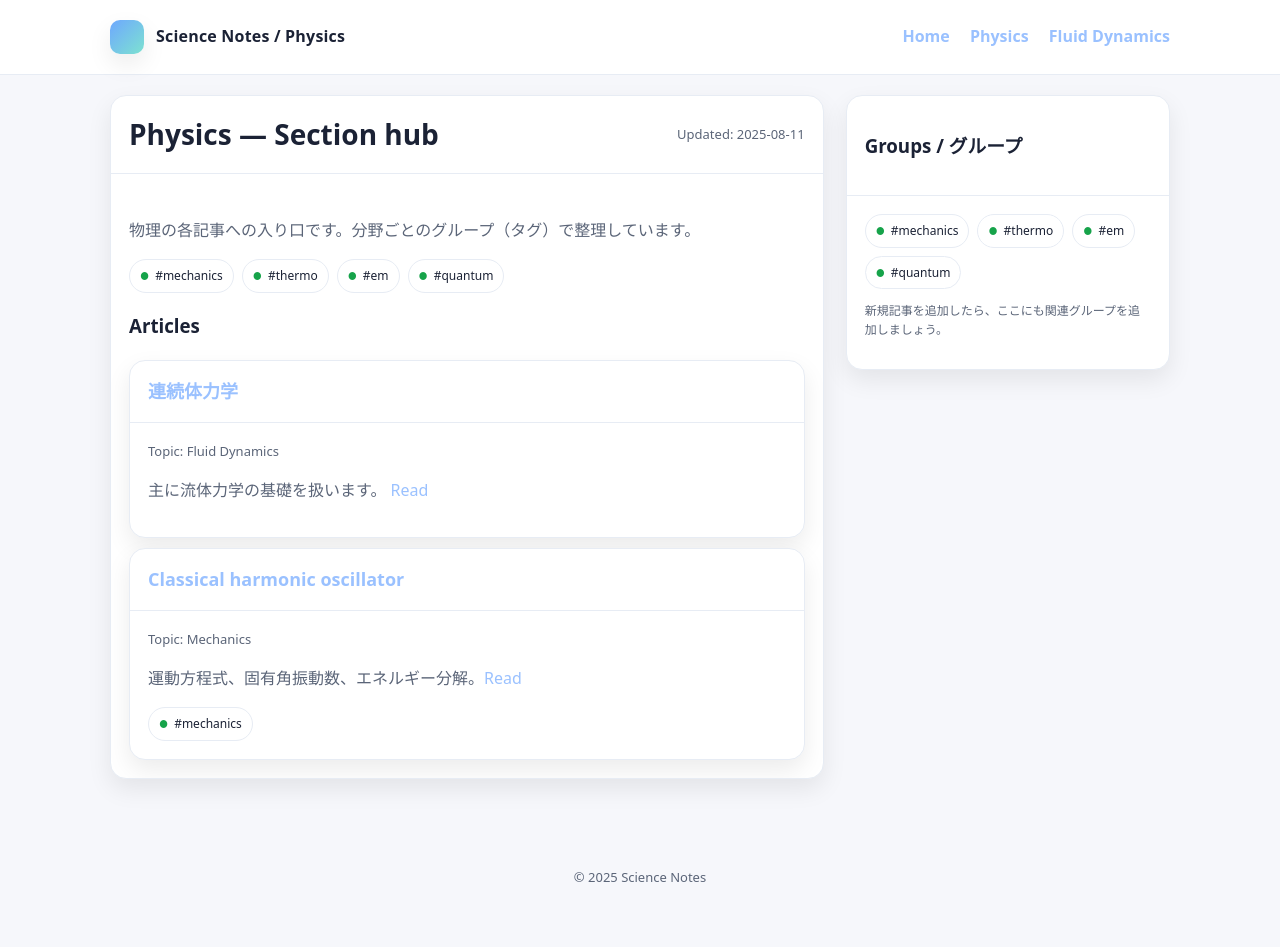
Repository: Riki-Mochimaru/tureduretunedune
Page: physics/index.html
The author's editor kept a copy of each file at every save. The page is drawn from the files as they stood at one save, then again after the next save.
The browser window is 1280 px wide. The pictures show the whole page.

Above is the page before, as saved 2025-08-11 20:20:00.

### physics/index.html
<!-- ===============================
     FILE 1: physics/index.html — Physics section hub
     Save this as: /physics/index.html
     (American English in code comments; British English in visible prose.)
================================== -->
<!DOCTYPE html>
<html lang="ja">
<head>
  <meta charset="utf-8" />
  <meta name="viewport" content="width=device-width, initial-scale=1" />
  <title>Physics — Science Notes</title>
  <link rel="stylesheet" href="../assets/styles.css"><!-- shared CSS -->
</head>
<body>
  <header class="site">
    <div class="shell row">
      <div class="brand"><div class="brand-badge"></div><div>Science Notes / Physics</div></div>
      <nav>
        <a href="../">Home</a>
        <a href="./">Physics</a>
        <a href="FluidDynamics/">Fluid Dynamics</a>
      </nav>
    </div>
  </header>

  <main class="shell">
    <section class="grid" aria-label="Physics articles and sidebar">
      <div>
        <article class="card post">
          <div class="hd">
            <h2>Physics — Section hub</h2>
            <div class="meta"><span>Updated: <time datetime="2025-08-11">2025‑08‑11</time></span></div>
          </div>
          <div class="bd">
            <p class="lead">物理の各記事への入り口です。分野ごとのグループ（タグ）で整理しています。</p>
            <div class="tags">
              <span class="tag" data-g="phys">#mechanics</span>
              <span class="tag" data-g="phys">#thermo</span>
              <span class="tag" data-g="phys">#em</span>
              <span class="tag" data-g="phys">#quantum</span>
            </div>

            <!-- Article list (add more <article> blocks or <li> items) -->
            <h3>Articles</h3>
            <div class="list">
              <article class="card">
                <div class="hd"><h2 style="font-size:18px; margin:0;">
                  <a href="FluidDynamics/">連続体力学</a>
                </h2></div>
                <div class="bd">
                  <div class="meta"><span>Topic: Fluid Dynamics</span></div>
                  <p class="lead">主に流体力学の基礎を扱います。
                    <a href="FluidDynamics/">Read</a></p>
                  <!-- <div class="tags"><span class="tag" data-g="phys">#thermo</span><span class="tag" data-g="stats">#statmech</span></div> -->
                </div>
              </article>

              <article class="card">
                <div class="hd"><h2 style="font-size:18px; margin:0;">
                  <a href="harmonic-oscillator/">Classical harmonic oscillator</a>
                </h2></div>
                <div class="bd">
                  <div class="meta"><span>Topic: Mechanics</span></div>
                  <p class="lead">運動方程式、固有角振動数、エネルギー分解。<a href="harmonic-oscillator/">Read</a></p>
                  <div class="tags"><span class="tag" data-g="phys">#mechanics</span></div>
                </div>
              </article>
            </div>
          </div>
        </article>
      </div>

      <aside class="aside">
        <section class="card">
          <div class="hd"><h3>Groups / グループ</h3></div>
          <div class="bd">
            <div class="tags">
              <span class="tag" data-g="phys">#mechanics</span>
              <span class="tag" data-g="phys">#thermo</span>
              <span class="tag" data-g="phys">#em</span>
              <span class="tag" data-g="phys">#quantum</span>
            </div>
            <p class="hint">新規記事を追加したら、ここにも関連グループを追加しましょう。</p>
          </div>
        </section>
      </aside>
    </section>
  </main>

  <footer class="site"><div class="shell">© 2025 Science Notes</div></footer>

  <!-- MathJax (enable TeX rendering if you use TeX on this page) -->
  <script>
    window.MathJax = { tex: { inlineMath: [['$','$'], ['\\(','\\)']], displayMath: [['$$','$$'], ['\\[','\\]']] }, options: { renderActions: { addMenu: [] } } };
  </script>
  <script src="https://cdn.jsdelivr.net/npm/mathjax@3/es5/tex-mml-chtml.js" async></script>
</body>
</html>

### assets/styles.css
/* styles.css — Science Notes
   House style: British English prose; American English in code comments.
*/

/* =========================
   Design tokens
   ========================= */
   :root {
    --bg: #0b0c10;
    --surface: #0f1117;
    --card: #121520;
    --text: #e8ecf8;
    --subtle: #9aa3b2;
    --border: #1e2636;
    --brand: #6ea8fe;
    --accent: #7de2d1;
    --warn: #ffd166;
    --danger: #ff6b6b;
    --radius: 16px;
    --shadow: 0 10px 24px rgba(0,0,0,.35), 0 1px 0 rgba(255,255,255,.04) inset;
    --font-sans: ui-sans-serif, system-ui, -apple-system, Segoe UI, Roboto, Noto Sans JP, "Helvetica Neue", Arial;
    --font-mono: ui-monospace, SFMono-Regular, Menlo, Monaco, Consolas, "Liberation Mono", monospace;
  }
  @media (prefers-color-scheme: light) {
    :root {
      --bg: #f6f7fb; --surface: #ffffff; --card: #ffffff; --text: #1b2235; --subtle: #5b6578; --border: #e7ecf4;
      --shadow: 0 10px 24px rgba(0,0,0,.08);
    }
  }

  /* Base */
  *, *::before, *::after { box-sizing: border-box; }
  html, body { height: 100%; }
  body { margin: 0; font-family: var(--font-sans); background: var(--bg); color: var(--text); line-height: 1.6; }
  /* Accessible link look */
  a { color: #9ac1ff; text-decoration: none; }
  a:hover { text-decoration: underline; }

  /* Header */
  header.site { position: sticky; top: 0; z-index: 10; background: color-mix(in oklab, var(--surface) 92%, transparent); border-bottom: 1px solid var(--border); backdrop-filter: blur(6px); }
  .shell { max-width: 1100px; margin: 0 auto; padding: 20px; }
  .row { display: grid; grid-template-columns: 1fr auto; align-items: center; gap: 16px; }
  .brand { display: flex; align-items: center; gap: 12px; font-weight: 800; letter-spacing: .2px; }
  .brand-badge { width: 34px; height: 34px; border-radius: 10px; background: linear-gradient(135deg, var(--brand), var(--accent)); box-shadow: var(--shadow); }
  nav a { margin-left: 16px; font-weight: 600; }

  /* Layout */
  main { padding-top: 10px; }
  .grid { display: grid; grid-template-columns: 2.2fr 1fr; gap: 22px; align-items: start; }
  @media (max-width: 980px) { .grid { grid-template-columns: 1fr; } }

  /* Cards */
  .card { background: var(--card); border: 1px solid var(--border); border-radius: var(--radius); box-shadow: var(--shadow); overflow: clip; }
  .card .hd { padding: 16px 18px; border-bottom: 1px solid var(--border); display:flex; align-items:center; justify-content: space-between; }
  .card .bd { padding: 18px; }

  /* Tag/Group chips */
  .tags { display:flex; flex-wrap: wrap; gap: 8px; }
  .tag { --c: #334155; color: var(--text); font-size: 12px; padding: 6px 10px; border: 1px solid var(--border); border-radius: 999px; background: color-mix(in oklab, var(--card) 88%, transparent); }
  .tag[data-g="math"]   { --c: #2563eb; }
  .tag[data-g="phys"]   { --c: #16a34a; }
  .tag[data-g="cs"]     { --c: #a855f7; }
  .tag[data-g="stats"]  { --c: #eab308; }
  .tag[data-g="ethics"] { --c: #ef4444; }
  .tag::before { content: "●"; font-size: 10px; margin-right: 6px; color: var(--c); }

  /* Article */
  article.post { display: grid; gap: 10px; }
  article.post h2 { margin: 0; font-size: clamp(20px, 2.6vw, 28px); }
  .meta { color: var(--subtle); font-size: 13px; display:flex; gap: 12px; flex-wrap: wrap; }
  .lead { color: var(--subtle); }

  /* Math blocks (TeX text before JS render) */
  .math { font-family: var(--font-mono); background: color-mix(in oklab, var(--card) 90%, transparent); border: 1px dashed var(--border); border-radius: 10px; padding: 10px 12px; overflow:auto; }
  .eqno { float: right; color: var(--subtle); margin-left: 8px; }

  /* Comment UI (static) */
  .comments { margin-top: 8px; border-top: 1px dashed var(--border); padding-top: 10px; }
  .comment { display: grid; grid-template-columns: 40px 1fr; gap: 10px; padding: 12px 0; }
  .comment + .comment { border-top: 1px dashed var(--border); }
  .avatar { width: 40px; height: 40px; border-radius: 50%; background: linear-gradient(135deg, var(--brand), var(--accent)); display:grid; place-items:center; font-weight: 800; color: #0008; }
  .who { font-weight: 700; }
  .when { color: var(--subtle); font-size: 12px; }

  /* Simple form look (non-functional without JS/backend) */
  .form { display: grid; gap: 10px; background: color-mix(in oklab, var(--card) 90%, transparent); border: 1px solid var(--border); border-radius: 12px; padding: 12px; }
  .input, .textarea { width: 100%; padding: 10px 12px; border-radius: 10px; border: 1px solid var(--border); background: var(--surface); color: var(--text); outline: none; }
  .input:focus, .textarea:focus { box-shadow: 0 0 0 6px #2a5fff33; }
  .btn { display: inline-flex; align-items: center; justify-content: center; gap: 8px; padding: 10px 14px; font-weight: 700; border-radius: 10px; border: 1px solid var(--border); background: linear-gradient(180deg, var(--brand), #4d86f7); color: #fff; cursor: not-allowed; opacity: .8; }
  .hint { font-size: 12px; color: var(--subtle); }

  /* Aside */
  .aside .card + .card { margin-top: 18px; }
  .list { display: grid; gap: 10px; }

  /* Footer */
  footer.site { margin-top: 28px; color: var(--subtle); font-size: 13px; text-align: center; padding: 20px 0 40px; }

  /* Print */
  @media print {
    header.site, footer.site { display:none; }
    .card { box-shadow: none; border-color: #ccc; }
    a { color: #000; text-decoration: none; }
  }

After the next save:
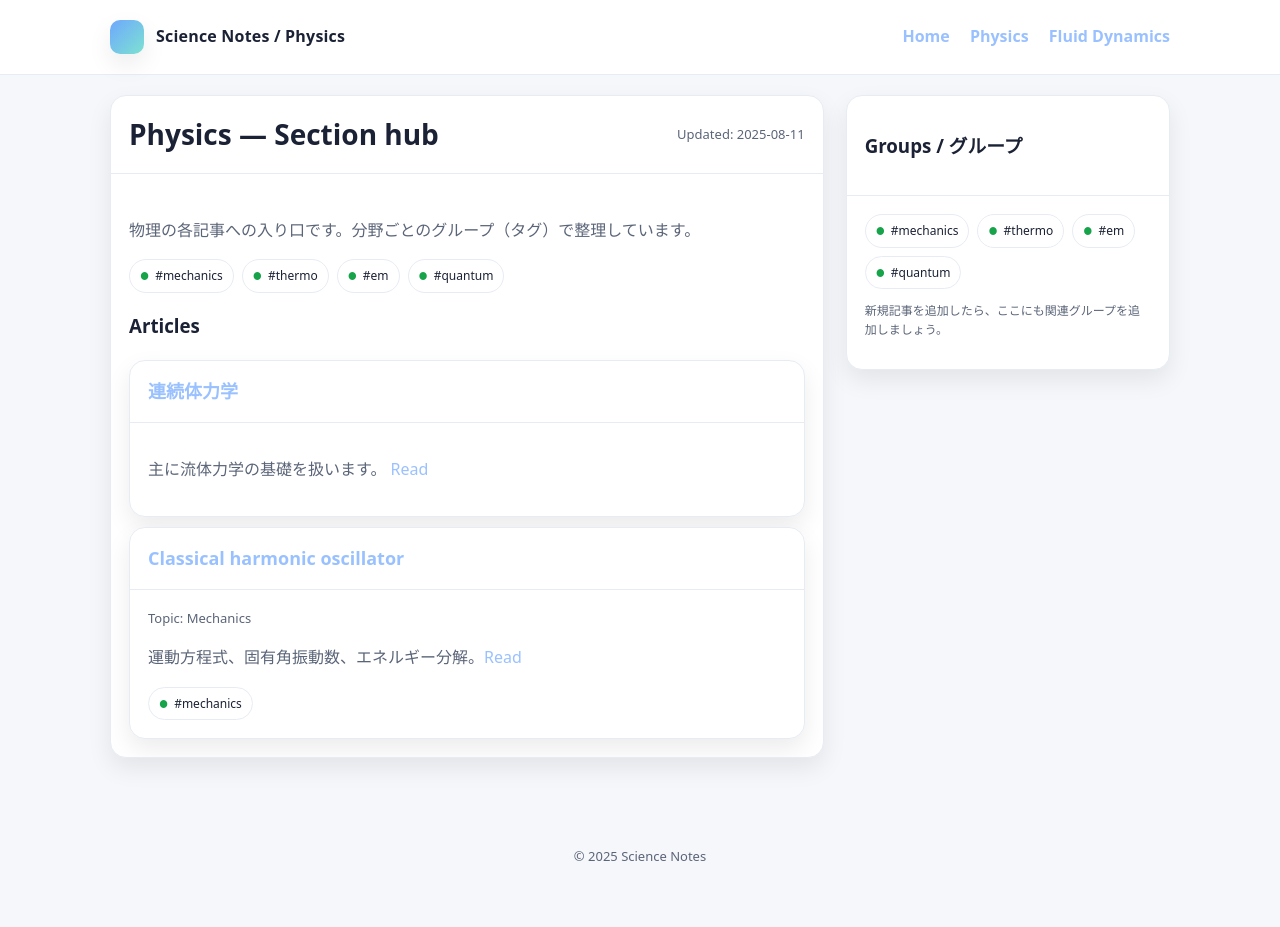
Saved 7 s later.
--- a/physics/index.html
+++ b/physics/index.html
@@ -48,7 +48,7 @@
                   <a href="FluidDynamics/">連続体力学</a>
                 </h2></div>
                 <div class="bd">
-                  <div class="meta"><span>Topic: Fluid Dynamics</span></div>
+                  <!-- <div class="meta"><span>Topic: Fluid Dynamics</span></div> -->
                   <p class="lead">主に流体力学の基礎を扱います。
                     <a href="FluidDynamics/">Read</a></p>
                   <!-- <div class="tags"><span class="tag" data-g="phys">#thermo</span><span class="tag" data-g="stats">#statmech</span></div> -->
